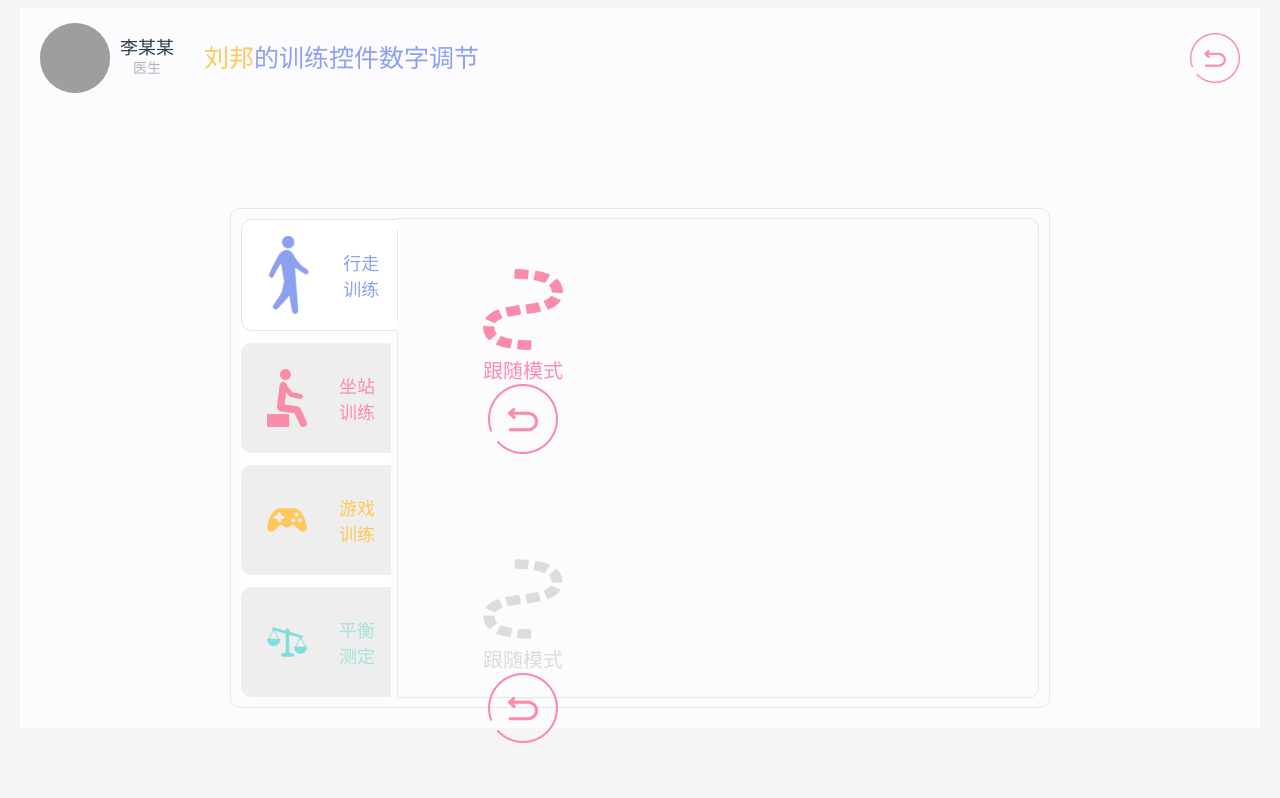
Repository: wangdanqing90/electron-vue-doctor
Page: /#/trainingAdjust
The author's editor kept a copy of each file at every save. The page is drawn from the files as they stood at one save, then again after the next save.
The browser window is 1280 px wide. The pictures show the whole page.
Pictures or frames that could not be fetched are drawn as grey boxes. The project was rebuilt for these pictures with package versions that can differ from the ones it lists, and the page was loaded fresh each time. Also part of the build but not shown: vue.config.js, src/views/Home.vue, src/assets/styles/variable.scss, src/assets/styles/iconfont.css.

Above is the page before, as saved 2020-01-15 11:00:42.

### public/index.html
<!DOCTYPE html>
<html lang="en">
  <head>
    <meta charset="utf-8">
    <meta http-equiv="X-UA-Compatible" content="IE=edge">
    <meta name="viewport" content="width=device-width,initial-scale=1.0">
    <link rel="icon" href="<%= BASE_URL %>favicon.ico">
    <title>electron-vue-demo</title>
  </head>
  <body>
    <noscript>
      <strong>We're sorry but electron-vue-demo doesn't work properly without JavaScript enabled. Please enable it to continue.</strong>
    </noscript>
    <div id="app"></div>
    <!-- built files will be auto injected -->
  </body>
</html>

### src/main.js
import Vue from 'vue'
import ElementUI from 'element-ui';
import 'element-ui/lib/theme-chalk/index.css';
import App from './App.vue'
import router from './router'
import store from './store'


import './assets/styles/variable.scss';
import './assets/styles/base.scss';
import './assets/styles/common.scss';
import './assets/styles/iconfont.css';
import common from './assets/js/common.js';


Vue.config.productionTip = false;
Vue.prototype.common = common;
Vue.use(ElementUI);


var vm = new Vue({
  router,
  store,
  render: h => h(App)
}).$mount('#app')





//var addon = require('bindings')('hello');var addon = require('bindings')('hello');
//alert(addon.hello()); // 'world'

### src/App.vue
<template>
  <div id="app">
    <!-- <div id="nav">
      <router-link to="/">Home</router-link> |
      <router-link to="/about">About</router-link>
    </div>-->
    <keep-alive>
      <router-view v-if="$route.meta.keepAlive"></router-view>
    </keep-alive>
    <router-view v-if="!$route.meta.keepAlive"></router-view>
  </div>
</template>

<style lang="scss">
#app {
  font-family: "Avenir", Helvetica, Arial, sans-serif;
  -webkit-font-smoothing: antialiased;
  -moz-osx-font-smoothing: grayscale;
  text-align: center;
  color: #2c3e50;
  height: 100%;
}
#nav {
  padding: 30px;
  a {
    font-weight: bold;
    color: #2c3e50;
    &.router-link-exact-active {
      color: #42b983;
    }
  }
}
</style>

### src/assets/styles/base.scss
html {
  background: #f5f5f5;
  height: 100%;
}

body {
  height: 100%;
}

p {
  margin: 0;
  padding: 0;
}

ol,
ul {
  list-style: none;
  margin: 0;
  padding: 0;
}

a {
  cursor: pointer;
}

.wrap-white {
  background: #fff;
  padding-left: 20px;
  padding-right: 20px;
  overflow: hidden;

}

.el-breadcrumb {
  margin-bottom: 15px;
}

.el-titleText {
  font-size: 20px;
  color: black;
  height: 64px;
  line-height: 64px;
}

//::-webkit-scrollbar {
//  width: 5px;
//  height: 5px;
//}
//
//::-webkit-scrollbar:horizontal {
//  height: 15px;
//}
//
//::-webkit-scrollbar-track-piece:vertical {
//  background-color: rgba(0, 0, 0, 0.2);
//  -webkit-border-radius: 6px;
//}
//
//::-webkit-scrollbar-track:horizontal {
//  background-color: rgba(0, 0, 0, 0.2);
//}
//
//::-webkit-scrollbar-thumb:vertical {
//  height: 5px;
//  background-color: rgba(125, 125, 125, 0.7);
//  -webkit-border-radius: 6px;
//}
//
//::-webkit-scrollbar-thumb:horizontal {
//  width: 5px;
//  background-color: rgba(125, 125, 125, 0.7);
//}

input[type="text"],
input[type="number"] {
  //-webkit-appearance: none;
  background-color: #fff;
  border-radius: 4px;
  border: 1px solid #d8dce5;
  box-sizing: border-box;
  color: #5a5e66;
  display: inline-block;
  font-size: inherit;
  height: 40px;
  line-height: 1;
  outline: 0;
  padding: 0 15px;
  -webkit-transition: border-color .2s cubic-bezier(.645, .045, .355, 1);
  transition: border-color .2s cubic-bezier(.645, .045, .355, 1);
  width: 100%;

  &:hover {
    border-color: #b4bccc;
  }

  &:focus {
    border-color: #409EFF;
    outline: 0;
  }
}

/*滚动条*/
::-webkit-scrollbar {
  -webkit-appearance: none;
}

::-webkit-scrollbar:vertical {
  width: 10px;
}

::-webkit-scrollbar:horizontal {
  height: 10px;
}

::-webkit-scrollbar-thumb {
  background-color: rgba(0, 0, 0, .5);
  border-radius: 10px;
  border: 2px solid #ffffff;
}

::-webkit-scrollbar-track {
  border-radius: 10px;
  background-color: #ffffff;
}

/*margin*/
.margin-bottom-240 {
  margin-bottom: 240px;
}

.margin-top--10 {
  margin-top: -10px;
}

.margin-top--15 {
  margin-top: -15px;
}

.margin-top--18 {
  margin-top: -18px;
}

.margin-top--20 {
  margin-top: -20px;
}

.margin-top--40 {
  margin-top: -40px;
}

.margin-top--60 {
  margin-top: -60px;
}

.margin-top--80 {
  margin-top: -80px;
}

.margin-top--180 {
  margin-top: -180px;
}

.margin-top-0 {
  margin-top: 0px !important;
}

.margin-top-10 {
  margin-top: 10px;
}

.margin-top-15 {
  margin-top: 15px;
}

.margin-top-20 {
  margin-top: 20px;
}

.margin-top-25 {
  margin-top: 25px;
}

.margin-top-30 {
  margin-top: 30px;
}

.margin-top-35 {
  margin-top: 35px;
}

.margin-top-40 {
  margin-top: 40px;
}

.margin-top-46 {
  margin-top: 46px;
}

.margin-top-50 {
  margin-top: 50px;
}

.margin-top-60 {
  margin-top: 60px;
}

.margin-top-70 {
  margin-top: 70px;
}

.margin-top-80 {
  margin-top: 80px;
}

.margin-top-100 {
  margin-top: 100px;
}

.margin-bottom-0 {
  margin-bottom: 0px !important;
}

.margin-bottom-5 {
  margin-bottom: 5px;
}

.margin-bottom-10 {
  margin-bottom: 20px;
}

.margin-bottom-20 {
  margin-bottom: 20px;
}

.margin-bottom-25 {
  margin-bottom: 25px;
}

.margin-bottom-30 {
  margin-bottom: 30px;
}

.margin-bottom-40 {
  margin-bottom: 40px;
}

.margin-bottom-50 {
  margin-bottom: 50px;
}

.margin-bottom-60 {
  margin-bottom: 60px;
}

.margin-bottom-70 {
  margin-bottom: 70px;
}

.margin-left-0 {
  margin-left: 0px !important;
}

.margin-left-5 {
  margin-left: 5px;
}

.margin-left--15 {
  margin-left: -15px;
}

.margin-left--35 {
  margin-left: -35px;
}

.margin-left-10 {
  margin-left: 10px;
}

.margin-left-25 {
  margin-left: 25px;
}

.margin-left-30 {
  margin-left: 30px;
}

.margin-left-40 {
  margin-left: 40px;
}

.margin-right-0 {
  margin-right: 0px;
}

.margin-right-5 {
  margin-right: 5px;
}

.margin-right-10 {
  margin-right: 10px;
}

.margin-right-30 {
  margin-right: 30px;
}


.margin-right--15 {
  margin-right: -15px;
}

.margin-right--35 {
  margin-right: -35px;
}

.margin-right--50 {
  margin-right: -50px;
}

.margin-0 {
  margin: 0px;
}

.padding-top-5 {
  padding-top: 5px;
}

.padding-top-10 {
  padding-top: 10px;
}

.padding-top-15 {
  padding-top: 15px;
}

.padding-top-20 {
  padding-top: 20px;
}

.padding-top-26 {
  padding-top: 26px;
}

.padding-top-30 {
  padding-top: 30px;
}

.padding-top-35 {
  padding-top: 35px;
}

.padding-top-40 {
  padding-top: 40px;
}

.padding-top-60 {
  padding-top: 60px;
}

.padding-top-70 {
  padding-top: 70px;
}

.padding-top-100 {
  padding-top: 100px;
}

.padding-top-150 {
  padding-top: 150px;
}

.padding-top-250 {
  padding-top: 250px;
}

.padding-left-0 {
  padding-left: 0px;
}

.padding-left-5 {
  padding-left: 5px;
}

.padding-left-7 {
  padding-left: 7.5px;
}

.padding-left-10 {
  padding-left: 10px;
}

.padding-left-12 {
  padding-left: 12px;
}

.padding-left-15 {
  padding-left: 15px;
}

.padding-left-20 {
  padding-left: 20px;
}

.padding-left-24 {
  padding-left: 24px;
}

.padding-left-30 {
  padding-left: 30px;
}

.padding-left-40 {
  padding-left: 40px;
}

.padding-left-50 {
  padding-left: 50px;
}

.padding-left-70 {
  padding-left: 70px;
}

.padding-left-90 {
  padding-left: 90px;
}

.padding-bottom-5 {
  padding-bottom: 5px;
}

.padding-bottom-10 {
  padding-bottom: 10px;
}

.padding-bottom-20 {
  padding-bottom: 20px;
}

.padding-bottom-26 {
  padding-bottom: 26px;
}

.padding-bottom-30 {
  padding-bottom: 30px;
}

.padding-bottom-40 {
  padding-bottom: 40px;
}

.padding-bottom-50 {
  padding-bottom: 50px;
}

.padding-bottom-60 {
  padding-bottom: 60px;
}

.padding-bottom-100 {
  padding-bottom: 100px;
}

.padding-right-0 {
  padding-right: 0px;
}

.padding-right-7 {
  padding-right: 7.5px;
}

.padding-right-15 {
  padding-right: 15px;
}

.padding-right-30 {
  padding-right: 30px;
}

.padding-right-40 {
  padding-right: 40px;
}

.padding-right-50 {
  padding-right: 50px;
}

.padding-right-60 {
  padding-right: 60px;
}

.padding-right-90 {
  padding-right: 90px;
}

.padding-0 {
  padding: 0px !important;
}

.padding-15 {
  padding: 15px;
}

.padding-20 {
  padding: 20px;
}

@media (min-width: 992px) {
  .margin-left-15 {
    margin-left: 15px;
  }

  .margin-right-15 {
    margin-right: 15px;
  }
}

body {
  font-size: 12px;
  color: #7F8FA4;
  font-family: "Helvetica Neue", Helvetica, "PingFang SC", "Hiragino Sans GB", "Microsoft YaHei", "微软雅黑", Arial, sans-serif;
  box-sizing: border-box;
}

.container {
  width: 1200px;
  min-height: 100%;
  margin: 0 auto;
  background: #fcfcfe;
  padding: 0 20px;
}

.el-dialog__body {
  font-size: 12px;
}

.pb10 {
  padding-bottom: 10px;
}

.pb30 {
  padding-bottom: 30px;
}

.mb30 {
  margin-bottom: 30px;
}

.toolbar {
  background: #fff;
  padding: 10px;
  margin: 10px 0px;
  text-align: center;
}

.handleMoreWrap .el-dialog__body {
  padding: 10px;
}

.handleMore-title {
  text-align: center;
  padding-bottom: 6px;
}

.handleMoreHeight {
  max-height: 300px;
  overflow: hidden;
  overflow-y: auto;
  border-top: 1px solid #ddd;
  padding-top: 10px;
}

.el-table__header th {
  white-space: nowrap;
  font-size: 12px;
  font-weight: 100;
}

.content-wrapper {
  -webkit-overflow-scrolling: touch;
}

.center {
  text-align: center;
}

.text-right {
  text-align: right;
}

.text-left {
  text-align: left;
}

.f-left {
  float: left;
}

.f-right {
  float: right;
}

.hand {
  cursor: pointer;
}

/*flex兼容*/
.display_flex {
  display: -webkit-box;
  display: -ms-flexbox;
  display: -webkit-flex;
  display: flex;
}

// .display_flex>* {
//   display: block;
// }

.display_inline-flex {
  display: -webkit-inline-box;
  display: -ms-inline-flexbox;
  display: -webkit-inline-flex;
  display: inline-flex;
}

// .display_inline-flex>* {
//   display: block;
// }

/*伸缩流方向*/
.flex-direction_column {
  -webkit-box-orient: vertical;
  -ms-flex-direction: column;
  -webkit-flex-direction: column;
  flex-direction: column;
}

/*主轴对齐*/
.justify-content_flex-center {
  -webkit-box-pack: center;
  -ms-flex-pack: center;
  -webkit-justify-content: center;
  justify-content: center;
}

.justify-content_flex-start {
  -webkit-box-pack: start;
  -ms-flex-pack: start;
  -webkit-justify-content: flex-start;
  justify-content: flex-start;
}

.justify-content_flex-end {
  -webkit-box-pack: end;
  -ms-flex-pack: end;
  -webkit-justify-content: flex-end;
  justify-content: flex-end;
}

.justify-content_flex-justify {
  -webkit-box-pack: justify;
  -ms-flex-pack: justify;
  -webkit-justify-content: space-between;
  justify-content: space-between;
}

.justify-content_flex-around {
  -webkit-box-pack: justify;
  -ms-flex-pack: justify;
  -webkit-justify-content: space-around;
  justify-content: space-around;
}

/*侧轴对齐*/
.align-items_flex-start {
  -webkit-box-align: start;
  -ms-flex-align: start;
  -webkit-align-items: flex-start;
  align-items: flex-start;
}

.align-items_flex-end {
  -webkit-box-align: end;
  -ms-flex-align: end;
  -webkit-align-items: flex-end;
  align-items: flex-end;
}

.align-items_center {
  -webkit-box-align: center;
  -ms-flex-align: center;
  -webkit-align-items: center;
  align-items: center;
}

.align-items_baseline {
  -webkit-box-align: baseline;
  -ms-flex-align: baseline;
  -webkit-align-items: baseline;
  align-items: baseline;
}

/*伸缩性*/
.flex_auto {
  -webkit-box-flex: 1;
  -ms-flex: auto;
  -webkit-flex: auto;
  flex: auto;
}

.flex_1 {
  width: 0;
  -webkit-box-flex: 1;
  -ms-flex: 1;
  -webkit-flex: 1;
  flex: 1;
}

/*显示顺序*/
.order_2 {
  -webkit-box-ordinal-group: 2;
  -ms-flex-order: 2;
  -webkit-order: 2;
  order: 2;
}

.order_3 {
  -webkit-box-ordinal-group: 3;
  -ms-flex-order: 3;
  -webkit-order: 3;
  order: 3;
}

### src/assets/styles/common.scss
.clearfix {

  &::after {
    display: block;
    height: 0;
    content: ".";
    clear: both;
    visibility: hidden;
  }
}

.float-left {
  float: left;
}

.float-right {
  float: right;
}

.align-left {
  text-align: left;
}

.align-right {
  text-align: right;
}

.small-size {
  font-size: 12px !important;
}

.large-size {
  font-size: 16px !important;
}

.New-elFrom {
  padding: 10px;
  background: #fff;

  .el-form-item {
    margin-bottom: 0;
  }

  .el-form-item__label {
    padding: 0;
    line-height: 30px;
    font-size: 12px;
    color: #7F8FA4;

  }

  .el-form-item__content-btn {
    text-align: center;
    padding: 20px 0 10px;
  }

  .el-select {
    display: block;
  }

  .el-date-editor.el-input,
  .el-input-number--medium {
    width: 100%;
  }
}

.el-radio-group {
  display: flex;
  display: -webkit-flex;
}

.el-radio-group .el-radio-button {
  flex: 1;
}



.el-button.purple,
.el-button.purple:active,
.el-button.purple:focus,
.el-button.purple:hover {
  color: white;
  background-color: #8c69e7;
  border: none;
  box-shadow: 0 2px 12px 0 rgba(240, 240, 240, 0.1)
}



.el-dialog {
  border-radius: 10px;

  .el-dialog__body {
    .purple {
      color: $purpleFontColor;
      font-size: 20px;
    }
  }
}

.el-form-item__label {
  color: $purpleFontColor;
}

.el-message-box .el-message-box__content {
  color: $purpleFontColor;
  font-size: 20px;
  margin: 30px 0;
  text-align: center;
}

.purpleFontColor {
  color: $purpleFontColor;
}

.pinkFontColor {
  color: $pinkFontColor;
}

.greenFontColor {
  color: $greenFontColor;
}

.yellowFontColor {
  color: $yellowFontColor;
}

### src/assets/js/common.js
1
export default {
    login: function () {
        console.log("1111");
    },

    // 判断是否为空
    isNullOrBlank: function (strJudge) {
        return strJudge === null || strJudge === undefined || strJudge === '';
    },

    // 计算两个日期时间差
    DateDiff: function (sDate1, sDate2) { // sDate1和sDate2是2002-12-18格式
        var aDate, oDate1, oDate2, iDays
        aDate = sDate1.split('-')
        oDate1 = new Date(aDate[1] + '-' + aDate[2] + '-' + aDate[0])
        aDate = sDate2.split('-')
        oDate2 = new Date(aDate[1] + '-' + aDate[2] + '-' + aDate[0])
        iDays = parseInt(Math.abs(oDate1 - oDate2) / 1000 / 60 / 60 / 24)
        return iDays
    }
}

### src/views/TrainingAdjust/TrainingAdjust.vue
/* eslint-disable vue/no-unused-vars */
<template>
  <div class="container">
    <HeaderDoctor :leftImg="leftImg" :title="title" :titleName="titleName">
      <template v-slot:right>
        <div class="header-right-div display_flex justify-content_flex-center align-items_center">
          <img src="@/../images/back.png" @click="backClick" />
        </div>
      </template>
    </HeaderDoctor>

    <div class="inform-container">
      <div class="inform-inner display_flex justify-content_flex-justify align-items_center">
        <div
          class="left display_inline-flex flex-direction_column justify-content_flex-justify align-items_center"
        >
          <div
            class="left-inner"
            :class="activeClass == index ? 'active':''"
            v-for="(item,index) in tagList"
            :key="index"
            @click="getItem(index)"
          >
            <div
              class="left-inner-inner display_flex justify-content_flex-around align-items_center"
            >
              <img :src="item.imgsrc" />
              <div :class="item.colorClass">
                <div>{{item.name}}</div>
                <div>{{item.namebottom}}</div>
              </div>
            </div>
          </div>
        </div>
        <div class="right">
          <div
            class="adjust-container"
            :class="activeRightClass == index ? item.colorClass:''"
            v-for="(item,index) in adjustList"
            :key="index"
            @click="selectClick(index)"
          >
            <div class="top">
              <img :src="item.activeRightClass?item.selectedImg:item.unselectedImg" />
              <div>{{item.title}}</div>
            </div>
            <div class="bottom">
              <Adjust></Adjust>
            </div>
          </div>
        </div>
      </div>
    </div>
  </div>
</template>

<script>
import HeaderDoctor from "@/components/HeaderDoctor/HeaderDoctor.vue";
import Adjust from "@/components/Adjust/Adjust.vue";

export default {
  name: "trainingPlan",
  components: {
    HeaderDoctor,
    Adjust
  },

  data() {
    return {
      leftImg: "",
      activeClass: 0,
      activeRightClass: 0,
      tagList: [
        {
          name: "行走",
          namebottom: "训练",
          id: 1,
          imgsrc: require("@/../images/walkingtraining.png"),
          colorClass: "purpleFontColor"
        },
        {
          name: "坐站",
          namebottom: "训练",
          id: 2,
          imgsrc: require("@/../images/stationtraining.png"),
          colorClass: "pinkFontColor"
        },
        {
          name: "游戏",
          namebottom: "训练",
          id: 3,
          imgsrc: require("@/../images/gametraining.png"),
          colorClass: "yellowFontColor"
        },
        {
          name: "平衡",
          namebottom: "测定",
          id: 4,
          imgsrc: require("@/../images/balancedetermination.png"),
          colorClass: "greenFontColor"
        }
      ],
      adjustList: [
        {
          selectedImg: require("@/../images/followmode_0.png"),
          unselectedImg: require("@/../images/followmode_2.png"),
          title: "跟随模式",
          width: "210px",
          colorClass: "pinkFontColor",
          activeRightClass: true
        },
        {
          selectedImg: require("@/../images/followmode_0.png"),
          unselectedImg: require("@/../images/followmode_2.png"),
          title: "跟随模式",
          width: "210px",
          colorClass: "pinkFontColor",
          activeRightClass: false
        }
      ]
    };
  },
  created() {
    this.leftImg = require("../../../images/logo.png");
    this.title = "的训练控件数字调节";
    this.titleName = "刘邦";
  },
  methods: {
    backClick() {
      this.$router.go(-1);
    },
    getItem(index) {
      this.activeClass = index; // 把当前点击元素的index，赋值给activeClass
    },
    selectClick(index) {
      this.activeRightClass = index; // 把当前点击元素的index，赋值给activeClass
    }
  },
  watch: {}
};
</script>

<style scoped lang="scss">
.header {
  .header-right {
    img {
      width: 50px;
      margin-left: 20px;
    }
  }
}
.inform-container {
  box-sizing: border-box;
  margin: 100px auto;
  height: 500px;
  font-size: 12px;
  border-radius: 10px;
  border: 1px solid #e7e7e7;
  width: 820px;

  .inform-inner {
    box-sizing: border-box;
    padding: 10px;
    height: 100%;
    font-size: 18px;
    .left {
      width: 150px;
      background: white;
      height: 100%;
      z-index: 10;
      .left-inner {
        width: 100%;
        border-radius: 10px 0 0 10px;
        background: #eeeeee;
        .left-inner-inner {
          height: 90px;
          margin: 10px 0 10px 10px;
        }
        img {
          width: 40px;
        }
      }
      .active {
        background: white;
        border-top: 1px solid #e7e7e7;
        border-left: 1px solid #e7e7e7;
        border-bottom: 1px solid #e7e7e7;
        width: 156px;
        margin-right: -6px;
        .left-inner-inner {
          border-right: 1px solid #e7e7e7;
        }
      }
    }
    .right {
      width: 640px;
      height: 100%;
      border-top: 1px solid #e7e7e7;
      border-right: 1px solid #e7e7e7;
      border-bottom: 1px solid #e7e7e7;
      border-left: 1px solid #e7e7e7;
      border-radius: 0 10px 10px 0;
      color: #dcdcdc;
      .adjust-container {
        width: 210px;
        padding: 50px 20px;
        .purpleFontColor {
          color: $purpleFontColor;
        }

        .pinkFontColor {
          color: $pinkFontColor;
        }

        .greenFontColor {
          color: $greenFontColor;
        }

        .yellowFontColor {
          color: $yellowFontColor;
        }
        .top {
          font-size: 20px;
          img {
            width: 80px;
          }
        }
      }
    }
  }
}
</style>

### src/components/HeaderDoctor/HeaderDoctor.vue
// 头部组件
<template>
  <el-row>
    <el-col :span="24" class="header">
      <div
        @click="jumpDoctorInform"
        class="header-left f-left display_flex justify-content_flex-center align-items_center"
      >
        <el-avatar
          :size="70"
          src="https://cube.elemecdn.com/0/88/03b0d39583f48206768a7534e55bcpng.png"
        ></el-avatar>
        <div
          class="display_flex flex-direction_column justify-content_flex-center align-items_center margin-left-10"
        >
          <div class="name">李某某</div>
          <div class="job">医生</div>
        </div>
      </div>
      <div class="header-middle-name f-left">{{titleName}}</div>
      <div class="header-middle f-left">{{title}}</div>

      <div class="header-right f-right">
        <slot name="right"></slot>
      </div>
    </el-col>
  </el-row>
</template>

<script>
export default {
  name: "HeaderDoctor",
  props: {
    msg: String,
    leftImg: {
      type: String,
      default: "../../../images/logo.png"
    },
    title: { String, default: "" },
    titleName: { String, default: "" }
  },

  data() {
    return {};
  },

  created() {},
  beforeDestroy() {},
  beforeMount() {},
  mounted() {},
  destroyed() {},
  methods: {
    jumpDoctorInform() {
      this.$router.push({
        path: "/detailInform",
        name: "detailInform",
        query: { type: "doctor" }
      });
    }
  }
};
</script>

<style scoped lang="scss">
.header {
  height: 100px;
  line-height: 100px;
  .header-left {
    height: 100%;
    text-align: left;
    margin-right: 30px;
    img {
      width: 150px;
    }
    .name {
      height: 20px;
      line-height: 20px;
      font-size: 18px;
    }
    .job {
      height: 20px;
      line-height: 20px;
      font-size: 14px;
      color: #b0b3b9;
    }
  }
  .header-middle-name {
    font-size: 25px;

    color: $yellowFontColor;
  }
  .header-middle {
    font-size: 25px;

    color: $purpleFontColor;
  }
  .header-right {
    height: 100%;
  }
}

::v-deep .header-right-div {
  height: 100%;
}
</style>

### src/components/Adjust/Adjust.vue
// 调节组件
<template>
  <el-row>
    <el-col :span="24" class="adjust">
      <div class>
        <img src="@/../images/back.png" />
      </div>
    </el-col>
  </el-row>
</template>

<script>
export default {
  name: "Adjust",
  props: {
    msg: String,
    leftImg: {
      type: String,
      default: "../../../images/logo.png"
    },
    title: { String, default: "" }
  },

  data() {
    return {};
  },

  created() {},
  beforeDestroy() {},
  beforeMount() {},
  mounted() {},
  destroyed() {},
  methods: {}
};
</script>

<style scoped lang="scss">
</style>

Loaded but not shown: src/store.js (common file); src/router.js (99 lines, source omitted)

After the next save:
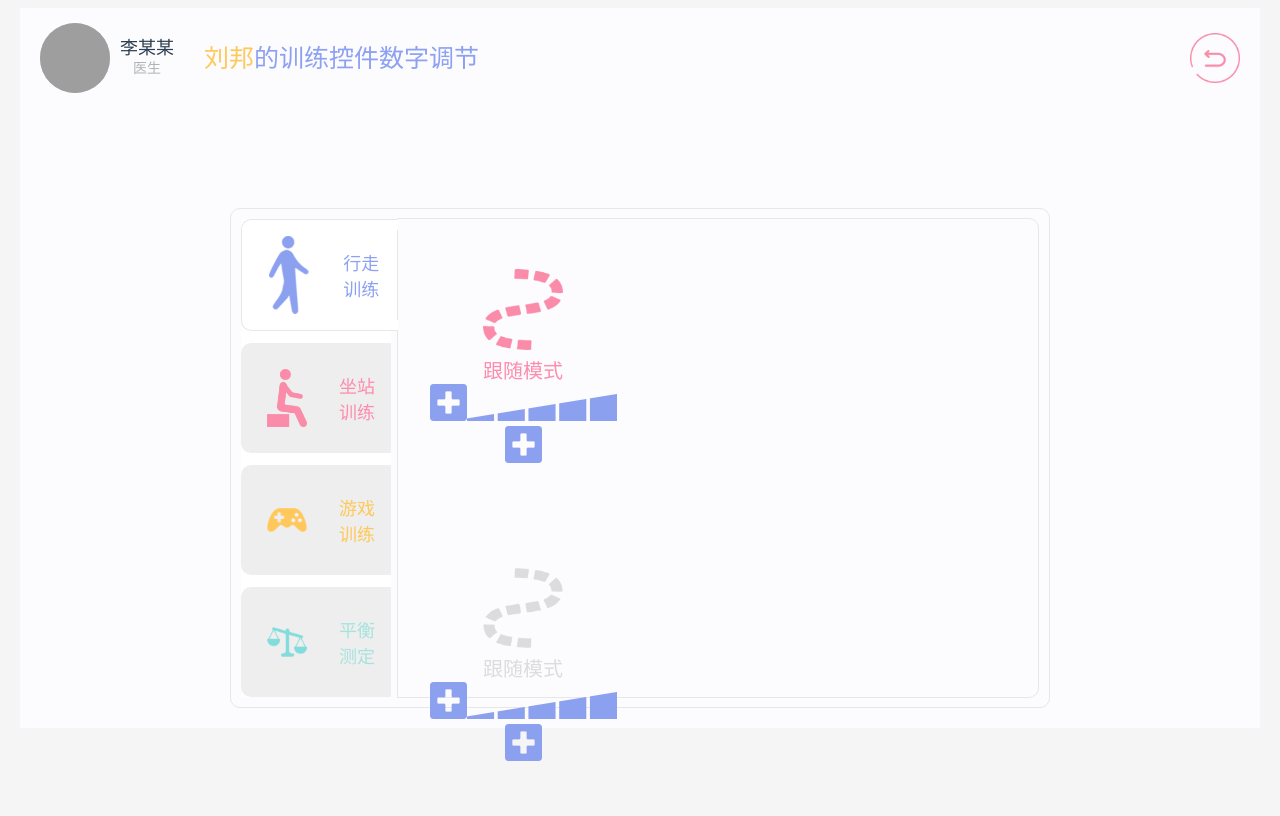
Saved 57 s later.
--- a/src/components/Adjust/Adjust.vue
+++ b/src/components/Adjust/Adjust.vue
@@ -3,7 +3,9 @@
   <el-row>
     <el-col :span="24" class="adjust">
       <div class>
-        <img src="@/../images/back.png" />
+        <img src="@/../images/add_1.png" />
+        <img src="@/../images/blue_5.png" />
+        <img src="@/../images/add_1.png" />
       </div>
     </el-col>
   </el-row>
